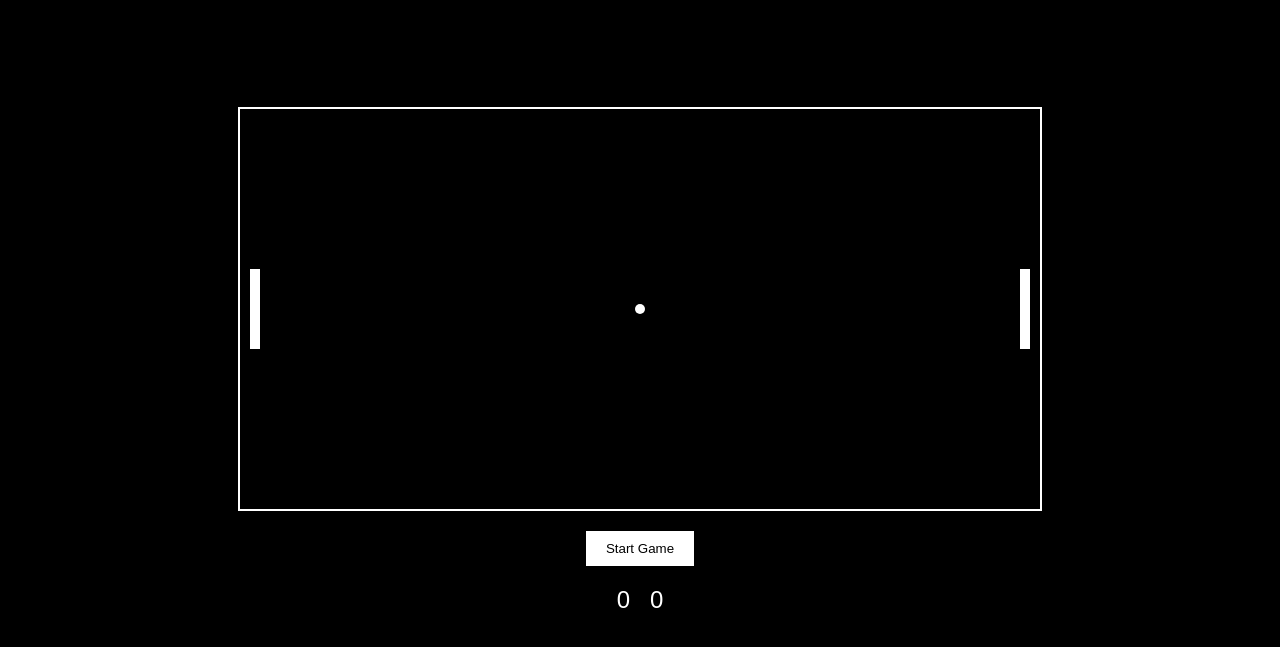
Repository: SiPilip/PingPong-basicJS
Page: index.html
The author's editor kept a copy of each file at every save. The page is drawn from the files as they stood at one save, then again after the next save.
The browser window is 1280 px wide. The pictures show the whole page.

Above is the page before, as saved 2023-05-30 10:52:41.

After the next save:
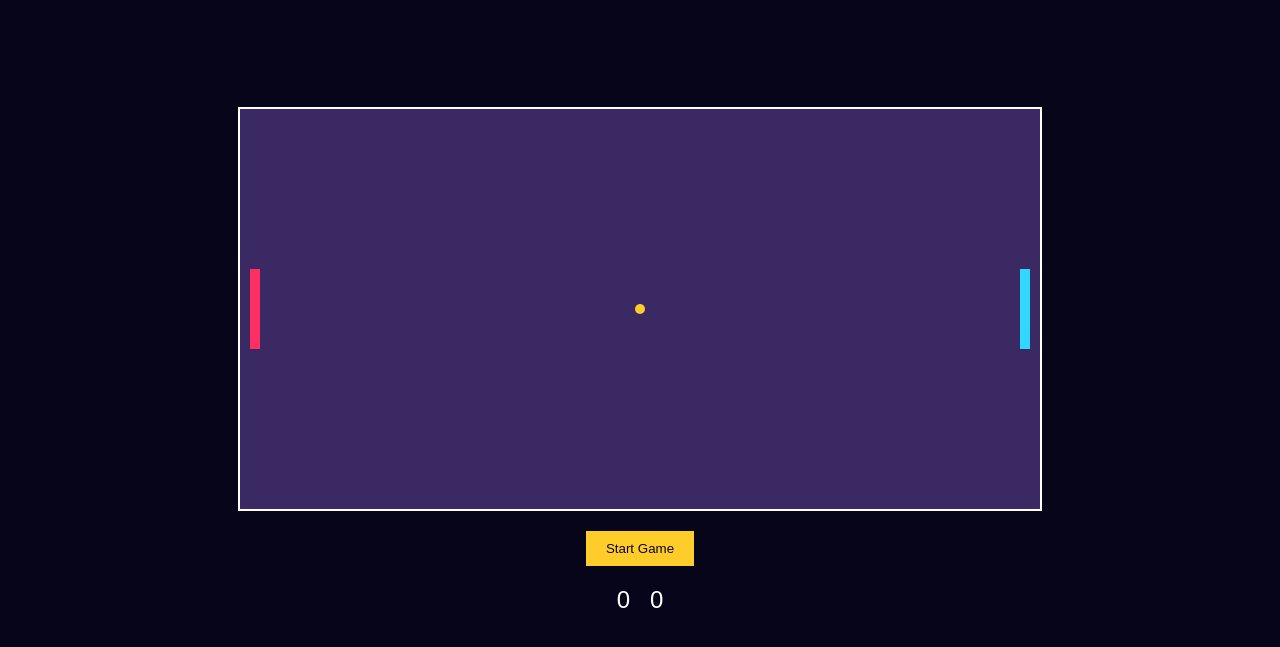
Saved 60 s later.
--- a/style.css
+++ b/style.css
@@ -1,5 +1,5 @@
 body {
-  background-color: #000;
+  background-color: #07051a;
   color: #fff;
   font-family: Arial, sans-serif;
   margin: 0;
@@ -18,7 +18,7 @@ body {
 
 #pong {
   position: relative;
-  background-color: #000;
+  background-color: #3a2963;
   width: 800px;
   height: 400px;
   border: 2px solid #fff;
@@ -37,23 +37,25 @@ body {
 
 #paddleA {
   left: 10px;
+  background-color: #ff2e63;
 }
 
 #paddleB {
   right: 10px;
+  background-color: #2ed8ff;
 }
 
 #ball {
   position: absolute;
-  background-color: #fff;
+  background-color: #ffcc29;
   width: 10px;
   height: 10px;
   border-radius: 50%;
 }
 
 #start-button {
-  background-color: #fff;
-  color: #000;
+  background-color: #ffcc29;
+  color: #07051a;
   border: none;
   padding: 10px 20px;
   margin-top: 20px;
@@ -69,4 +71,5 @@ body {
 #scoreboard span {
   margin: 0 10px;
   font-size: 24px;
+  color: #fff;
 }
